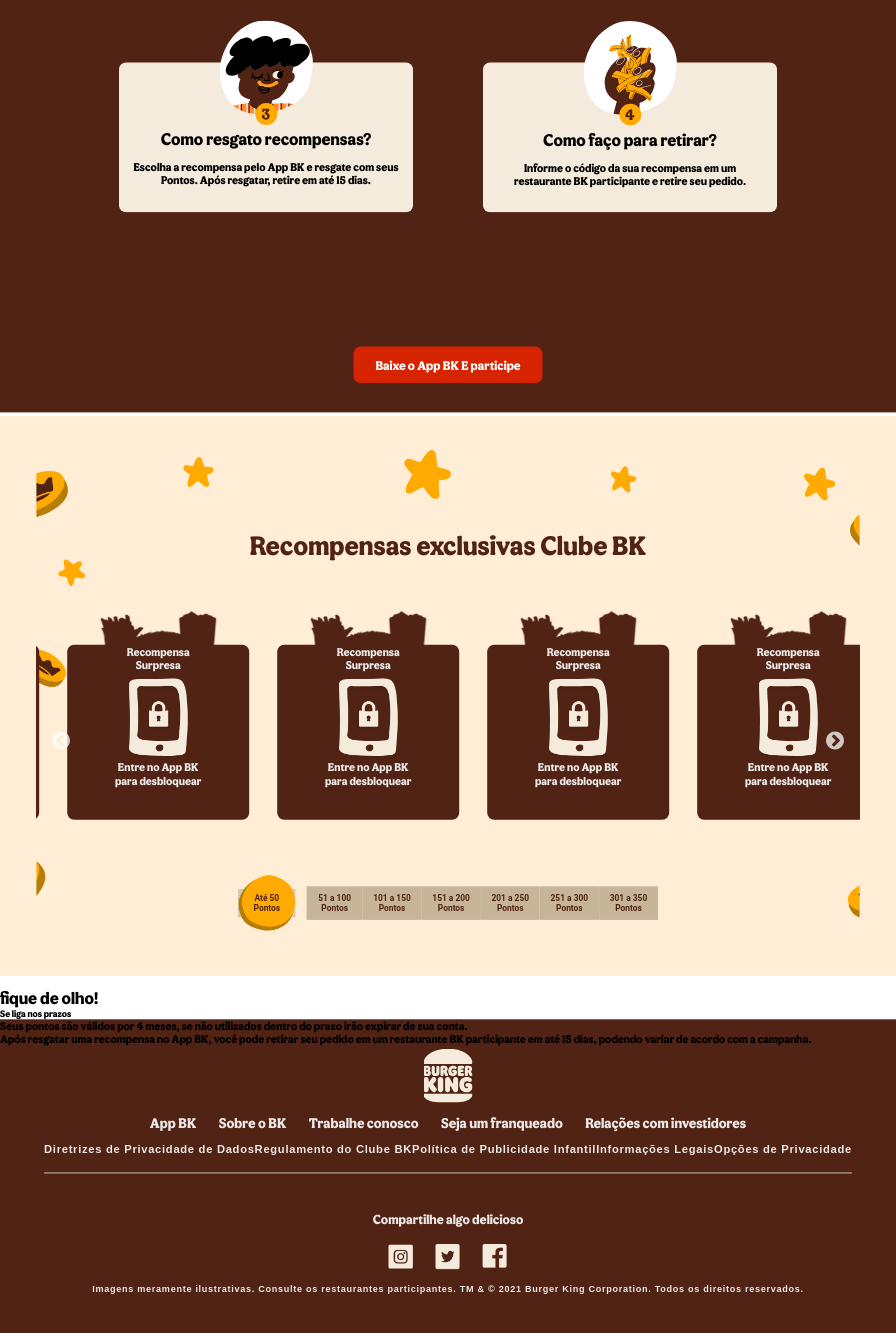
Repository: francisguitt/BurgerKing
Page: src/pages/club-bk.html
These files come from the project's save history. The page is drawn as it stood at one moment and after the next save; the edit follows.
The browser window is 1280 px wide. The pictures show the part of the page from y = 2093 to 4013 px (the page is 3997 px tall before and 4013 px after), at 70% of full size.

Above is the page before, as saved 2025-04-18 22:34:22.

### src/pages/club-bk.html
<!DOCTYPE html>
<html lang="en">

<head>
  <meta charset="UTF-8">
  <meta name="viewport" content="width=device-width, initial-scale=1.0">
  <link href="https://unpkg.com/aos@2.3.1/dist/aos.css" rel="stylesheet"><!-- cdn aos animation scroll-->
  <link href="https://cdn.jsdelivr.net/npm/slick-carousel@1.8.1/slick/slick.css" rel="stylesheet" />
  <!-- cdn SLICK SLIDER-->
  <link href="https://cdn.jsdelivr.net/npm/slick-carousel@1.8.1/slick/slick-theme.css" rel="stylesheet" />
  <!-- cdn SLICK SLIDER-->

  <link rel="stylesheet" href="../assets//styles/club-bk.css" />
  <link rel="stylesheet" href="../assets/styles/globals.css" />
  <title>Club Bk</title>
</head>

<body>

  <header class="header-globals">
    <nav class="nav-globals">
      <ul class="ul-globals">
        <div class="side-left-logo">
          <img src="../assets/icons/BK-logo.svg" width="80" alt="logo" />
        </div>
        <div class="side-right-routes">
          <li><a href="../index.html">inicio</a></li>
          <li><a href="./coupons.html">cupons</a></li>
          <li><a href="./menu.html">cardápio</a></li>
          <li><a href="./app-bk.html">app bk</a></li>
          <li><a href="./club-bk.html">clube bk</a></li>
          <li><a href="#">delivery</a></li>
        </div>
      </ul>
    </nav>
  </header>

  <section class="sectio1-banner-clubBk">
    <div class="section1-banner-clubBk-content">
      <img src="../assets/bannerClubBk/Banner-clube-bk-tem-recompensas-te-esperando.dsektop.png" alt="banner"
        class="banner-clubBk-img-dektop">
      <img src="../assets/bannerClubBk/Banner-clube-bk-tem-recompensas-te-esperando-mobile.png" alt="banner"
        class="banner-clubBk-img-mobile">
    </div>
  </section>
  <!-- end section 1 banner  -->

  <!-- ------------ SECTION 2 BENEFITS------------ -->
  <section class="section2-benefits"><!--benefits = beneficios-->
    <div class="section2-benefits-title">
      <h2>Vantagens e benefícios</h2>
    </div>

    <div class="section2-benefits-content">
      <div class="section2-benefits-content-box">
        <img src="../assets/clubeBkImages/1-clube-bk-vantagens-1-real-1-ponto.23e574c.svg" alt="">
        <h2>Ganhe Pontos comprando no BK</h2>
        <p>Comprou, pontuou! A cada R$1 ganhe 1 ponto.</p>
      </div>

      <div class="section2-benefits-content-box">
        <img src="../assets/clubeBkImages/2-clube-bk-batata-burger-king-moedas.d66ac02.svg" alt="">
        <h2>Aproveite ofertas e descontos exclusivos</h2>
        <p>Troque seus Pontos por recompensas no App BK.</p>
      </div>


      <div class="section2-benefits-content-box">
        <img src="../assets/clubeBkImages/3-clube-bk-moedas.9d79798.svg" alt="">
        <h2>Receba Pontos extras em campanhas</h2>
        <p>Ganhe Pontos extras em ações específicas no Clube BK.</p>
      </div>

      <div class="section2-benefits-content-box">
        <img src="../assets/clubeBkImages/4-clube-bk-aniversario.afb9863.svg" alt="">
        <h2>Ganhe um mimo de aniversário</h2>
        <p>No Clube BK, você ganha Pontos em dobro no mês do seu aniversário!</p>
      </div>
    </div>
    </div>
  </section>

  <!-- ------------END SECTION 2 BENEFITS------------ -->



  <!-- ---------------SECTION 3 WORKS------------------ -->
  <section class="section3-clubBk-works">
    <div class="section3-clubBk-works-title">
      <h1>Como funciona o Clube BK?</h1>
    </div>
    <div class="section3-clubBk-works-content">
      <div data-aos="zoom-in" data-aos-duration="400" class="section3-clubBk-works-box">
        <img src="../assets/clubeBkImages/01-app-bk-icone.ffb4431.svg" alt="" />
        <h2>Como entro no clube?</h2>
        <p>Baixe o App BK, aceite os termos e você já estará participando do Clube BK</p>
      </div>
      <div data-aos="zoom-in" data-aos-duration="1000" class="section3-clubBk-works-box">
        <img src="../assets/clubeBkImages/02-clube-bk-Pontos-moedas.e91c1b0.svg" alt="" />
        <h2>Como ganho Pontos?</h2>
        <p>Nas compras no restaurante informe seu CPF. No App BK, a pontuação é automática.</p>
      </div>
      <div data-aos="zoom-in" data-aos-duration="1400" class="section3-clubBk-works-box">
        <img src="../assets/clubeBkImages/03-clube-bk-cliente-feliz.219f569.svg" alt="" />
        <h2>Como resgato recompensas?</h2>
        <p>Escolha a recompensa pelo App BK e resgate com seus Pontos. Após resgatar, retire em até 15 dias.</p>

      </div>
      <div data-aos="zoom-in" data-aos-duration="2500" class="section3-clubBk-works-box">
        <img src="../assets/clubeBkImages/04-clube-bk-mao-batata-burger-king.c87e2c5.svg" alt="" />
        <h2>Como faço para retirar?</h2>
        <p>Informe o código da sua recompensa em um restaurante BK participante e retire seu pedido.</p>
      </div>
    </div>
    </div>
    <div class="section3-clubBk-works-btn">
      <button>
        <h2>Baixe o App BK E participe</h2>
      </button>
    </div>
  </section>
  <!-- ---------------END SECTION 3 WORKS------------------ -->



  <section class="section4-clubBk-rewards">
    <div class="backgroundStar" data-aos="zoom-in" data-aos-duration="1000">
      <div class="section4-clubBk-rewards-title">
        <h1>Recompensas exclusivas Clube BK</h1>
      </div>

      <div class="section4-carousel-rewards-card  carousel-rewards-clubBk">
        <button type="button" class="slick-prev">&laquo;</button>
        <button type="button" class="slick-next">&raquo;</button>


        <div class="carousel-rewards-card-area">
          <div class="carousel-rewards-card-itens">
            <img src="../assets/clubeBkImages/clube-bk_card-recompensa-escondido.693e7bd.png" alt="itens"
              class="carousel-rewards-card-itens-image" />
            <div class="box-reward">
              <span>Recompensa <br> Surpresa</span>
              <img src="../assets/clubeBkImages/clube-bk-card_recompensa_cell-locker_cortina.png"
                class="box-reward-image" />
              <p class="box-reward-subtitle">Entre no App BK <br>para desbloquear</p>
            </div>
          </div>
        </div>

        <div class="carousel-rewards-card-area">
          <div class="carousel-rewards-card-itens">
            <img src="../assets/clubeBkImages/clube-bk_card-recompensa-escondido.693e7bd.png" alt="itens"
              class="carousel-rewards-card-itens-image" />
            <div class="box-reward">
              <span>Recompensa <br> Surpresa</span>
              <img src="../assets/clubeBkImages/clube-bk-card_recompensa_cell-locker_cortina.png"
                class="box-reward-image" />
              <p class="box-reward-subtitle">Entre no App BK <br>para desbloquear</p>
            </div>
          </div>
        </div>

        <div class="carousel-rewards-card-area">
          <div class="carousel-rewards-card-itens">
            <img src="../assets/clubeBkImages/clube-bk_card-recompensa-escondido.693e7bd.png" alt="itens"
              class="carousel-rewards-card-itens-image" />
            <div class="box-reward">
              <span>Recompensa <br> Surpresa</span>
              <img src="../assets/clubeBkImages/clube-bk-card_recompensa_cell-locker_cortina.png"
                class="box-reward-image" />
              <p class="box-reward-subtitle">Entre no App BK <br>para desbloquear</p>
            </div>
          </div>
        </div>

        <div class="carousel-rewards-card-area">
          <div class="carousel-rewards-card-itens">
            <img src="../assets/clubeBkImages/clube-bk_card-recompensa-escondido.693e7bd.png" alt="itens"
              class="carousel-rewards-card-itens-image" />
            <div class="box-reward">
              <span>Recompensa <br> Surpresa</span>
              <img src="../assets/clubeBkImages/clube-bk-card_recompensa_cell-locker_cortina.png"
                class="box-reward-image" />
              <p class="box-reward-subtitle">Entre no App BK <br>para desbloquear</p>
            </div>
          </div>
        </div>

        <div class="carousel-rewards-card-area">
          <div class="carousel-rewards-card-itens">
            <img src="../assets/clubeBkImages/clube-bk_card-recompensa-escondido.693e7bd.png" alt="itens"
              class="carousel-rewards-card-itens-image" />
            <div class="box-reward">
              <span>Recompensa <br> Surpresa</span>
              <img src="../assets/clubeBkImages/clube-bk-card_recompensa_cell-locker_cortina.png"
                class="box-reward-image" />
              <p class="box-reward-subtitle">Entre no App BK <br>para desbloquear</p>
            </div>
          </div>
        </div>

        <div class="carousel-rewards-card-area">
          <div class="carousel-rewards-card-itens">
            <img src="../assets/clubeBkImages/clube-bk_card-recompensa-escondido.693e7bd.png" alt="itens"
              class="carousel-rewards-card-itens-image" />
            <div class="box-reward">
              <span>Recompensa <br> Surpresa</span>
              <img src="../assets/clubeBkImages/clube-bk-card_recompensa_cell-locker_cortina.png"
                class="box-reward-image" alt="" />
              <p class="box-reward-subtitle">Entre no App BK <br>para desbloquear</p>
            </div>
          </div>
        </div>

        <div class="carousel-rewards-card-area">
          <div class="carousel-rewards-card-itens">
            <img src="../assets/clubeBkImages/clube-bk_card-recompensa-escondido.693e7bd.png" alt="itens"
              class="carousel-rewards-card-itens-image" />
            <div class="box-reward">
              <span>Recompensa <br> Surpresa</span>
              <img src="../assets/clubeBkImages/clube-bk-card_recompensa_cell-locker_cortina.png"
                class="box-reward-image" alt="" />
              <p class="box-reward-subtitle">Entre no App BK <br>para desbloquear</p>
            </div>
          </div>
        </div>

        <div class="carousel-rewards-card-area">
          <div class="carousel-rewards-card-itens">
            <img src="../assets/clubeBkImages/clube-bk_card-recompensa-escondido.693e7bd.png" alt="itens"
              class="carousel-rewards-card-itens-image" />
            <div class="box-reward">
              <span>Recompensa <br> Surpresa</span>
              <img src="../assets/clubeBkImages/clube-bk-card_recompensa_cell-locker_cortina.png"
                class="box-reward-image" />
              <p class="box-reward-subtitle">Entre no App BK <br>para desbloquear</p>
            </div>
          </div>
        </div>
      </div>
    </div>
  </section>

  <div class="reward-dots-area">
    <div class="reward-dots">
      <div class="dots-content">
        <div class="dots-coin-image">
        </div>
        <div class="dots">
          <p class="dots-text">51 a 100 Pontos</p>
        </div>
        <div class="dots">
          <p class="dots-text">101 a 150 Pontos</p>
        </div>
        <div class="dots">
          <p class="dots-text">151 a 200 Pontos</p>
        </div>
        <div class="dots">
          <p class="dots-text">201 a 250 Pontos</p>
        </div>
        <div class="dots">
          <p class="dots-text">251 a 300 Pontos</p>
        </div>
        <div class="dots">
          <p class="dots-text">301 a 350 Pontos</p>
        </div>

      </div>
    </div>
  </div>
  <!--========= END SECTION 4 REWARDS=========== -->

  <section class="section5-keep-eye"> <!--keep eye = fique de olho-->
    <div class="keep-eye-left-content">

    </div>
    <div class="keep-eye-right-content">
      <h2>fique de olho!</h2>
      <h5>Se liga nos prazos</h5>
      <p>Seus pontos são válidos por 4 meses, se não utilizados dentro do prazo irão expirar de sua conta.</p>
      <p>Após resgatar uma recompensa no App BK, você pode retirar seu pedido em um restaurante BK participante em até 15 dias, podendo variar de acordo com a campanha.</p>
      <h5></h5>
    </div>
  </section>




  <footer class="footer-home">
    <div class="brand-home">
      <img src="../assets/icons/BK-brand-white.svg" width="70" alt="brand burger king" />
    </div>
    <div class="footer-home-area">
      <div class="external-links-footer-home">
        <ul class="external-links-footer-home-content">
          <li><a href="">App BK</a></li>
          <li><a href="">Sobre o BK</a></li>
          <li><a href="">Trabalhe conosco</a></li>
          <li><a href="">Seja um franqueado</a></li>
          <li><a href="">Relações com investidores</a></li>
        </ul>

        <ul class="external-links-footer-home-content-bottom">
          <li><a href="">Diretrizes de Privacidade de Dados</a></li>
          <li><a href="">Regulamento do Clube BK</a></li>
          <li><a href="">Política de Publicidade Infantil</a></li>
          <li><a href="">Informações Legais</a></li>
          <li><a href="">Opções de Privacidade</a></li>
        </ul>
        <!-- =========linha de divisão============= -->
        <div class="dividing-line"></div>
        <!-- =========end de divisão============= -->
        <div class="socials-network-footer-home">
          <h3>Compartilhe algo delicioso</h3>
          <div class="icons-socials-network-footer-home">
            <a href="">
              <img src="../assets/icons/instagram.png" width="50" alt="instagram" />
            </a>
            <a href="">
              <img src="../assets//icons/twitter.png" width="50" alt="twiter" />
            </a>
            <a href="">
              <img src="../assets/icons/facebook.png" width="50" alt="facebook" />
            </a>
          </div>
          <h4>
            Imagens meramente ilustrativas. Consulte os restaurantes participantes. TM & © 2021 Burger King
            Corporation.
            Todos os direitos reservados.
          </h4>
        </div>
      </div>
    </div>
  </footer>
  <!-- =======END FOOTER======== -->
  <script src="https://cdnjs.cloudflare.com/ajax/libs/jquery/3.3.1/jquery.min.js"></script> <!-- SLICK SLIDER-->
  <script src="https://cdn.jsdelivr.net/npm/slick-carousel@1.8.1/slick/slick.min.js"></script><!--  SLICK SLIDER-->
  <script src="https://unpkg.com/aos@2.3.1/dist/aos.js"></script><!-- AOS ANIMATION SCROLL-->
  <script>
    $(document).ready(function () {
      $('.carousel-rewards-clubBk').slick({
        autoplay: false,
        autoplaySpeed: 3000,
        arrows: true,
        infinite: true,
        speed: 500,
        slidesToShow: 3,
        slidesToScroll: 1,
        responsive: [
          {
            breakpoint: 1024,
            settings: {
              slidesToShow: 2,
              slidesToScroll: 1,
              infinite: true,
            }
          },
          {
            breakpoint: 768,
            settings: {
              slidesToShow: 1,
              slidesToScroll: 1,
              arrows: false,

            }
          }
        ]
      });
    });


    AOS.init();/* init aos scroll*/
  </script>
</body>

</html>

### src/assets/styles/globals.css
@font-face {
    font-family: 'Flamer Bold';
    src: url('../../assets/fonts/Flame-Regular.woff') format('woff');
    font-weight: 800;
    font-style: normal;
}

/*
  SE FOR USAR O FORMATO DA FONT OTF , USAR DESSA FORMA ABAIXO
  @font-face {
    font-family: 'Flamer Bold';
    src: url('../assets/fonts/Flame-Regular.otf') format('opentype');
    font-weight: normal;
    font-style: normal;
}

  */

:root {
    --header-color: #f5ebdc;
    --footer-color: #502314;
    --primary-color: #d62300;
    --secundary-color: #502314;
    --text-color1: #502314;
    --text-color2: #ece8e8;
}


* {
    margin: 0;
    padding: 0;
    box-sizing: border-box;
}


body {

    h1,
    h2,
    h3,
    h4,
    h5,
    h6,
    p,
    li,
    button,
    a strong,
    span {
        font-family: 'Flamer Bold', sans-serif;
    }
}


/* STYLES FOR HEADER GLOBALS */
.header-globals {
    background: var(--header-color);
    padding: 15px;
}

.nav-globals {
    max-width: 1280px;
    width: 100%;
    margin: auto;
    padding: 5px;
    justify-content: center;
}

.ul-globals {
    display: flex;
    justify-content: space-around;
    width: 100%;
}

.side-left-logo {
    display: flex;
    justify-content: flex-start;
    margin-left: -1rem;
    margin-top: -1rem;
    width: 25%;
}

.side-right-routes {
    display: flex;
    justify-content: flex-start;
    width: 100%;
    padding: 1px;
}


.ul-globals li {
    list-style: none;
}


.ul-globals li a {
    margin: 2rem;
    font-size: 21px;
    text-transform: capitalize;
    text-decoration: none;
    color: var(--text-color);
}



/* ===============STYLES FOR FOOTER GLOBALS======================= */
.footer-home {
    background-color: var(--footer-color);
    margin-top: -2.3rem;
    padding: 10px;
}

.brand-home {
    display: flex;
    justify-content: center;
    align-items: flex-start;
    text-align: center;
}

.brand-home img {
    margin-top: 2rem;
}

.footer-home-area {
    display: flex;
    justify-content: center;
}


.external-links-footer-home {
    display: flex;
    flex-direction: column;
}

.external-links-footer-home-content,
.external-links-footer-home-content-bottom {
    display: flex;
    justify-content: center;
}

.external-links-footer-home-content li {
    list-style: none;
    margin: 16px;
}

.external-links-footer-home-content li a {
    text-decoration: none;
    font-size: 20px;
    color: var(--text-color2);
}

/*====================linha de divisão================= */
.dividing-line {
    width: 100%;
    height: 1px;
    /* Define a altura da linha */
    background-color: #fff;
    margin-top: 1.5rem
}


.external-links-footer-home-content-bottom li {
    list-style: none;
}

.external-links-footer-home-content-bottom li a {
    color: var(--text-color2);
    letter-spacing: 1px;
    text-decoration: none;
    font-family: Arial, Helvetica, sans-serif;
    font-weight: 700;
}

.external-links-footer-home-content-bottom li a:hover {
    text-decoration: underline;
}


.socials-network-footer-home {
    display: flex;
    justify-content: center;
    text-align: center;
    flex-direction: column;
    padding: 30px;
}

.socials-network-footer-home h3 {
    margin: 1.5rem;
    color: var(--text-color2);
}

.icons-socials-network-footer-home {
    display: flex;
    justify-content: center;
    gap: 2rem;
}

.icons-socials-network-footer-home img {
    width: 35px;
}

.socials-network-footer-home h4 {
    color: var(--text-color2);
    letter-spacing: 1px;
    font-size: 13px;
    font-family: Arial, Helvetica, sans-serif;
    margin: 1rem;
}

/* ============================================================== */




/* MEDIA QUERIES  HEADER GLOBALS*/
@media(max-width: 1024px) {
    .nav-globals {
        display: none;
    }

    .external-links-footer-home-content {
        display: flex;
        flex-direction: column;
        text-align: center;
    }

    .external-links-footer-home-content-bottom {
        display: flex;
        flex-direction: column;
        text-align: center;
    }


    .header-globals {
        padding: 3.5rem;
    }
}

Loaded but not shown: src/assets/styles/club-bk.css (558 lines, source omitted)

After the next save:
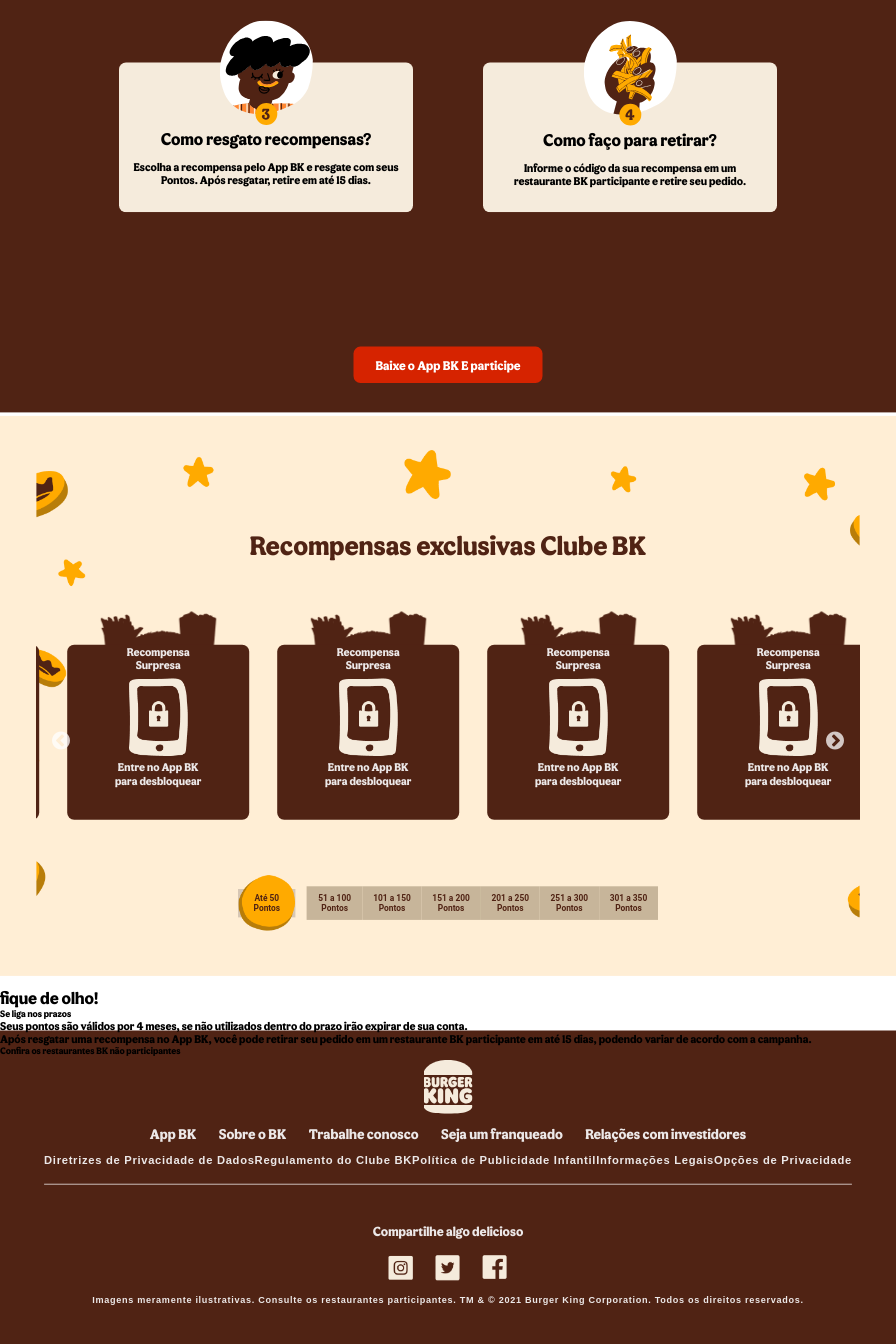
Saved 7 s later.
--- a/src/pages/club-bk.html
+++ b/src/pages/club-bk.html
@@ -279,7 +279,8 @@
       <h5>Se liga nos prazos</h5>
       <p>Seus pontos são válidos por 4 meses, se não utilizados dentro do prazo irão expirar de sua conta.</p>
       <p>Após resgatar uma recompensa no App BK, você pode retirar seu pedido em um restaurante BK participante em até 15 dias, podendo variar de acordo com a campanha.</p>
-      <h5></h5>
+      <h5>Confira os restaurantes BK não participantes
+      </h5>
     </div>
   </section>
 
